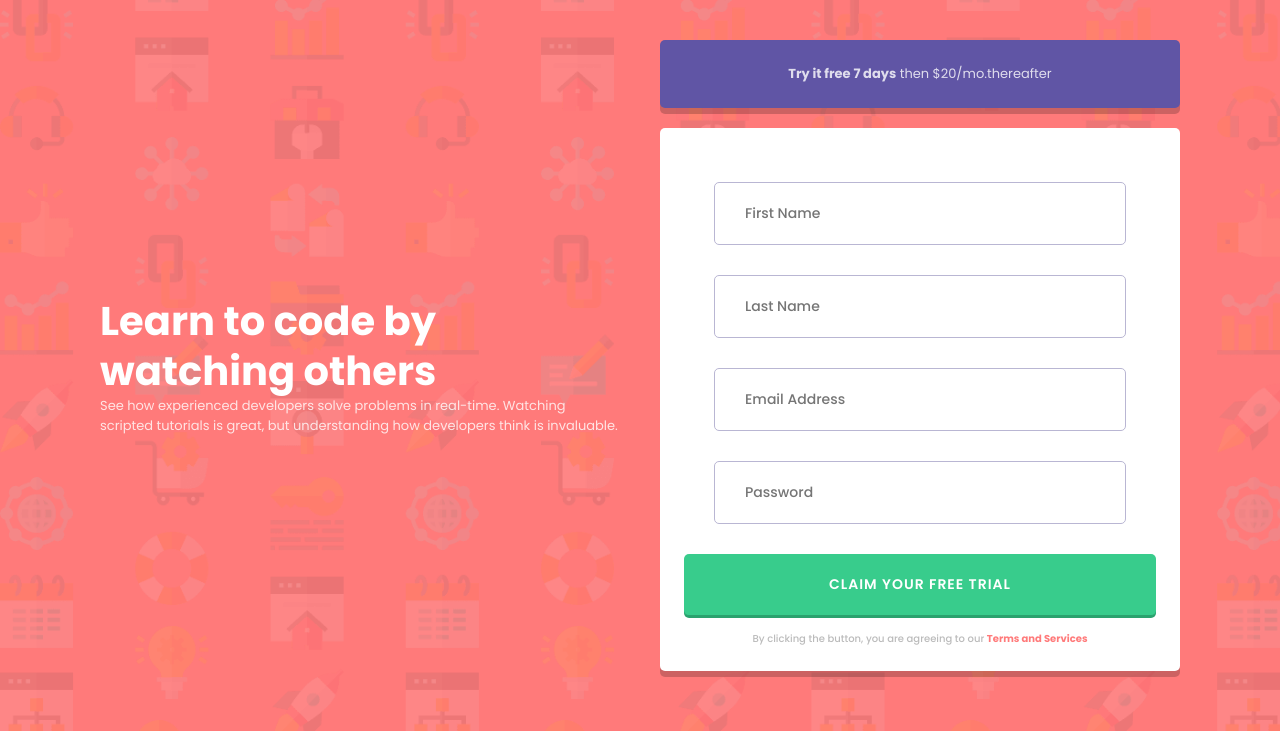
Repository: Akashiii1/WebSignup_Form_Day2
Page: index.html
An editor plug-in stored every save of this project. The page is shown before and after the next save, followed by the edit.
The browser window is 1280 px wide. The pictures show the whole page.

Above is the page before, as saved 2021-12-19 17:27:50.

After the next save:
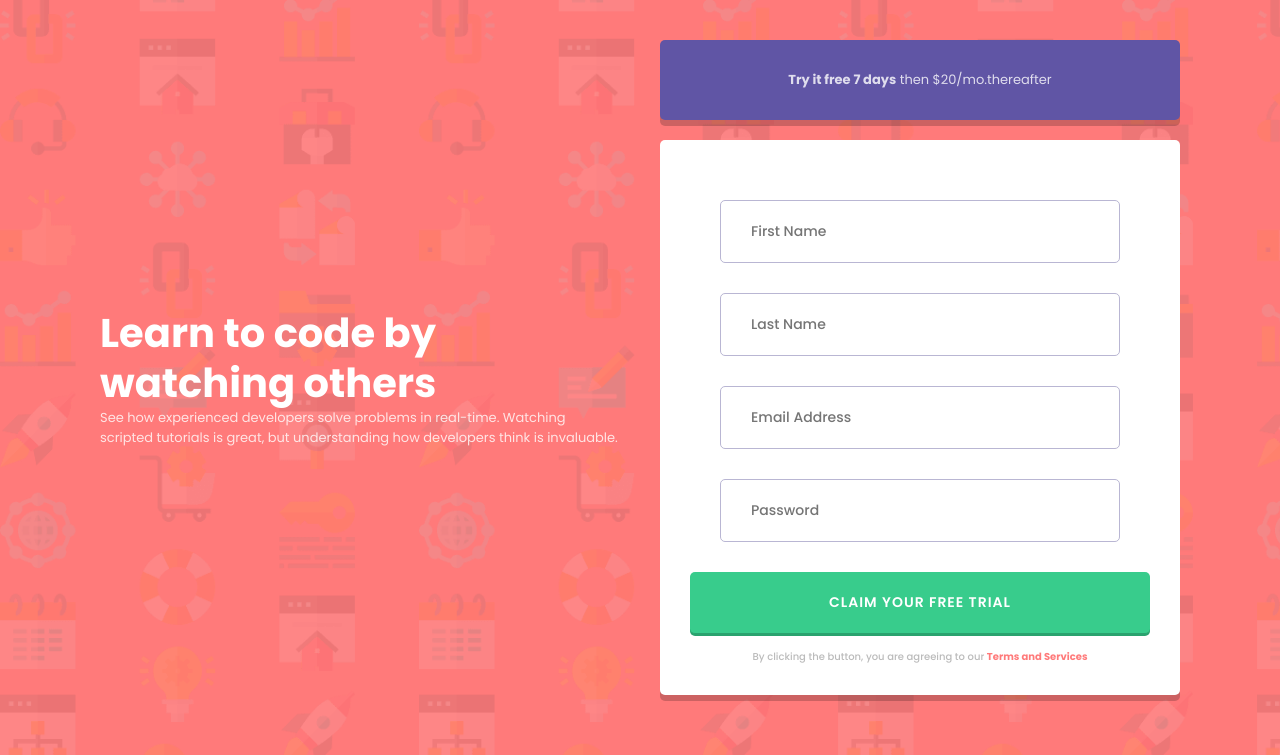
Saved 16 s later.
--- a/style.css
+++ b/style.css
@@ -70,7 +70,7 @@ body{
   background-color: #fff;
   border-radius: 5px;
   margin-bottom: 20px;
-  padding: 24px;
+  padding: 30px;
   text-align: center;
 }
 .box-blue{
